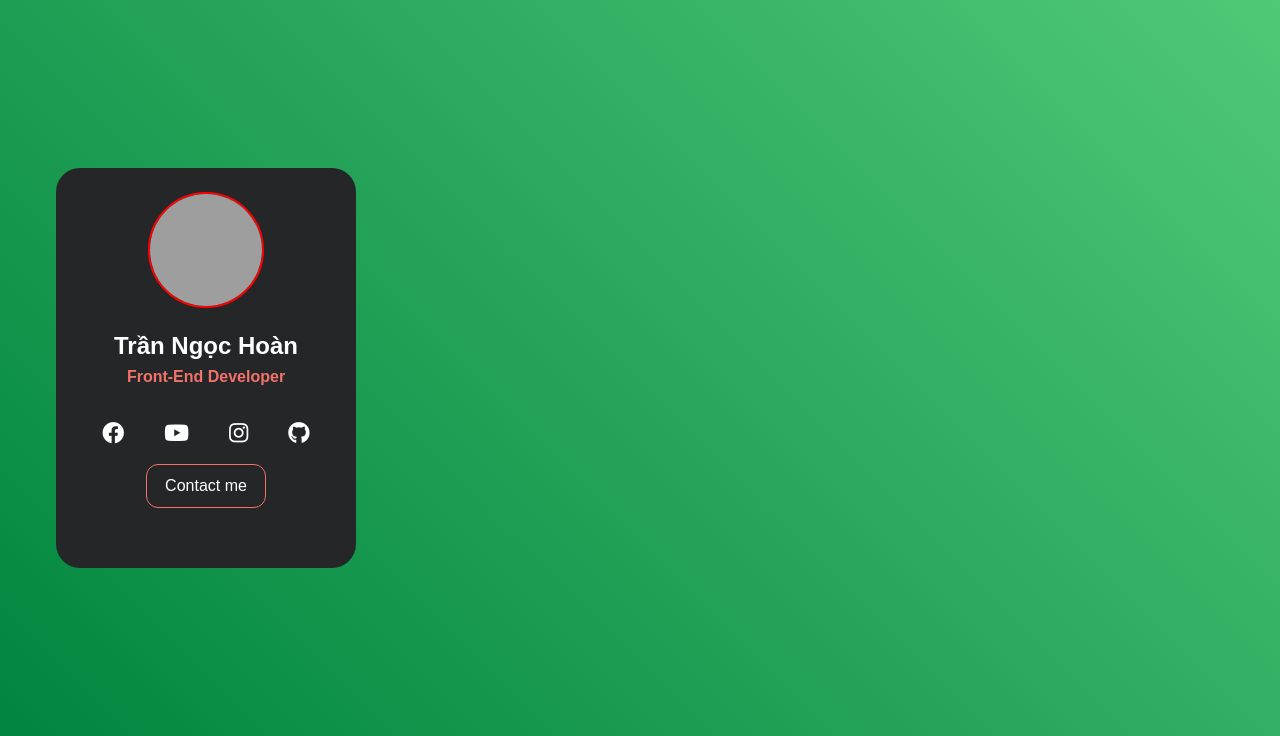
Repository: HoanTiny/30projects-30day
Page: Day 2/index.html
An editor plug-in stored every save of this project. The page is shown before and after the next save, followed by the edit.
The browser window is 1280 px wide. The pictures show the whole page.
Pictures or frames that could not be fetched are drawn as grey boxes. Some web libraries are served in a nearby version.

Above is the page before, as saved 2021-11-30 21:30:35.

After the next save:
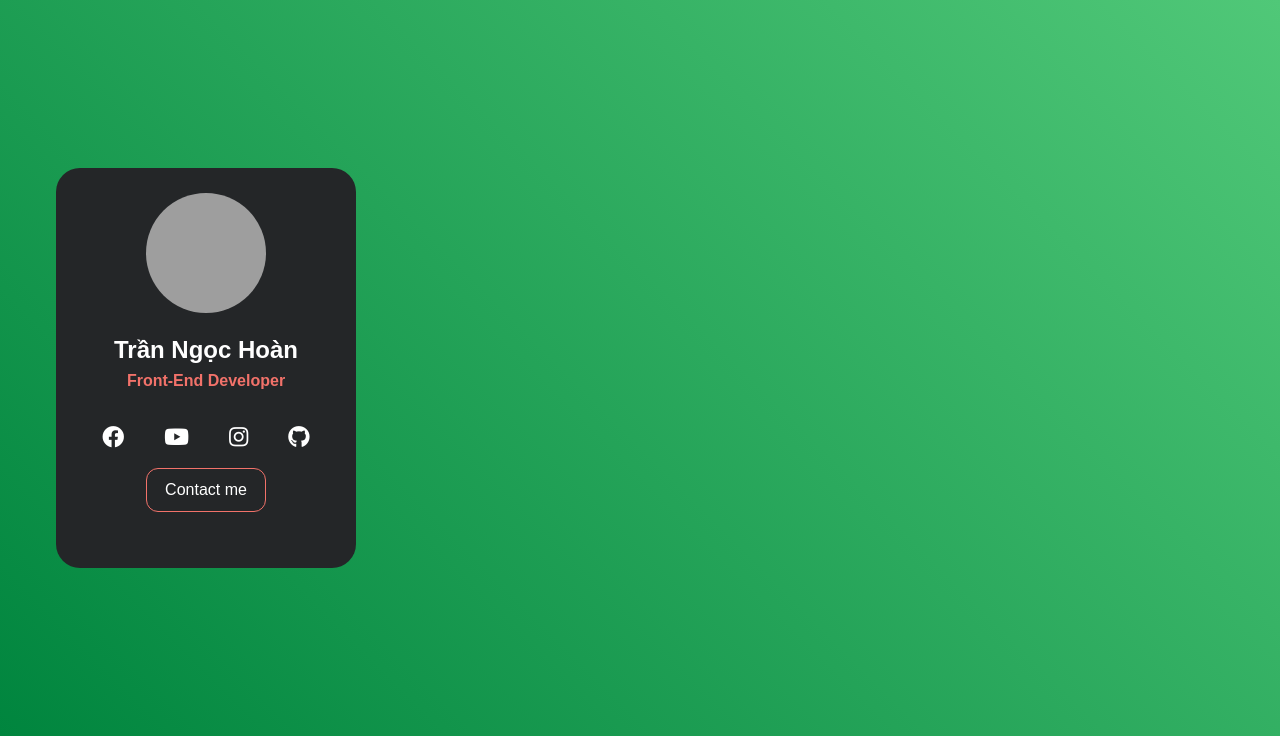
Saved 34 s later.
--- a/Day 2/style.css
+++ b/Day 2/style.css
@@ -37,12 +37,13 @@ a {
 }
 
 .card-item-img {
-    width: 112px;
-    height: 112px;
+    width: 120px;
+    height: 120px;
+    overflow: hidden;
+    transition: 0.25s;
+    margin: 0 auto;
+    transform: translateY(25px);
     border-radius: 50%;
-    border: 2px solid red;
-    transform: translateY(24px);
-    overflow: hidden;
 }
 
 img {
